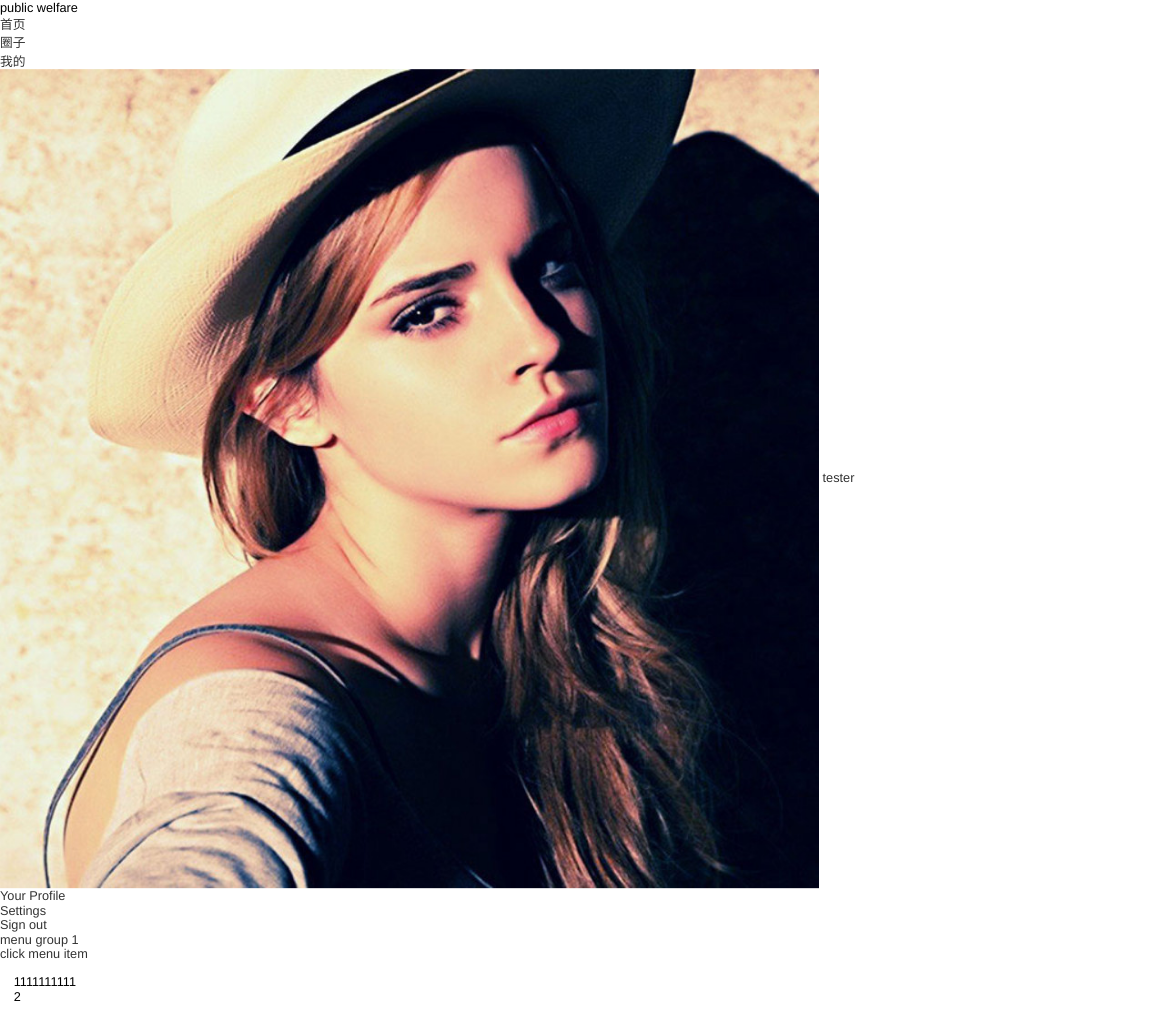
Repository: wjiawei97/FrontEndExercises
Page: 6. bigEvent/index.html
An editor plug-in stored every save of this project. The page is shown before and after the next save, followed by the edit.
The browser window is 1280 px wide. The pictures show the whole page, at 91% of full size.

Above is the page before, as saved 2021-08-12 09:28:07.

### 6. bigEvent/index.html
<!DOCTYPE html>
<html lang="en">

<head>
    <meta charset="UTF-8">
    <meta http-equiv="X-UA-Compatible" content="IE=edge">
    <meta name="viewport" content="width=device-width, initial-scale=1.0">
    <title>Document</title>
    <link rel="stylesheet" href="./assets/css/common.css">
    <style>
        /* 移动端 */
        @media screen and (max-width: 768px) {

            .pb-layout-admin .pb-layout-left,
            .pb-layout-admin .pb-body,
            .pb-layout-admin .pb-footer {
                left: 0;
            }

            .pb-layout-admin .pb-side {
                left: -300px;
            }
        }
    </style>
</head>

<body>
    <div class="pb-layout pb-layout-admin">
        <!-- 网页顶部区域 -->
        <div class="pb-header">
            <div class="pb-logo pb-hide-xs pb-bg-black">public welfare</div>
            <!-- 头部水平导航栏区域 -->
            <ul class="pb-nav pb-layout-left">
                <!-- 在移动端显示 -->
                <li class="pb-nav-item pb-show-xs-inline-block pb-hide-sm">
                    <i class="pb-icon pb-icon-spread-left"></i>
                </li>
                <li class="pb-nav-item pb-hide-xs"><a href="">首页</a></li>
                <li class="pb-nav-item pb-hide-xs"><a href="">圈子</a></li>
                <li class="pb-nav-item pb-hide-xs"><a href="">我的</a></li>
            </ul>
            <ul class="pb-nav pb-layout-right">
                <li class="pb-nav-item pb-hide pb-show-md-inline-block">
                    <a href="javascript:;">
                        <img src="./assets/images/sample.jpg" class="pb-nav-img">
                        tester
                        <i class="pb-icon pb-icon-down pb-nav-more"></i>
                    </a>
                    <dl class="pb-nav-child">
                        <dd><a href="">Your Profile</a></dd>
                        <dd><a href="">Settings</a></dd>
                        <dd><a href="">Sign out</a></dd>
                    </dl>
                </li>
            </ul>
        </div>

        <!-- 左侧侧边栏区域 -->
        <div class="pb-side pb-bg-black">
            <div class="pb-side-scroll">
                <ul class="pb-nav pb-nav-tree">
                    <li class="pb-nav-item pb-nav-itemed">
                        <a class="" href="javascript:;">menu group 1
                            <i class="pb-icon pb-icon-down pb-nav-more"></i>
                        </a>
                        <dl class="pb-nav-child" style="display: none;">
                            <dd><a href="javascript:;">menu 1</a></dd>
                            <dd><a href="javascript:;">menu 2</a></dd>
                            <dd><a href="javascript:;">menu 3</a></dd>
                            <dd><a href="">the links</a></dd>
                        </dl>
                    </li>

                    <li class="pb-nav-item"><a href="javascript:;">click menu item</a></li>
                </ul>
            </div>
        </div>

        <!-- 内容主体区域 -->
        <div class="pb-body">
            <div style="padding: 15px;">
            <ul class="myul">
                <li>1111111111</li>
                <li>2</li>
            </ul>
        </div>
        </div>
    </div>

    <script src="./assets/js/common.js"></script>
</body>

</html>

### 6. bigEvent/assets/css/common.css
img {
  display: inline-block;
  vertical-align: middle;
}
h1,
h2,
h3,
h4,
h5,
h6 {
  font-weight: 400;
}
blockquote,
body,
button,
dd,
div,
dl,
dt,
form,
h1,
h2,
h3,
h4,
h5,
h6,
input,
li,
ol,
p,
pre,
td,
textarea,
th,
ul {
  margin: 0;
  padding: 0;
  -webkit-tap-highlight-color: rgba(0, 0, 0, 0);
}
a:active,
a:hover {
  outline: 0;
}
img {
  border: none;
}
li {
  list-style: none;
}
table {
  border-collapse: collapse;
  border-spacing: 0;
}
h4,
h5,
h6 {
  font-size: 100%;
}
button,
input,
optgroup,
option,
select,
textarea {
  font-family: inherit;
  font-size: inherit;
  font-style: inherit;
  font-weight: inherit;
  outline: 0;
}
pre {
  white-space: pre-wrap;
  white-space: -moz-pre-wrap;
  white-space: -pre-wrap;
  white-space: -o-pre-wrap;
  word-wrap: break-word;
}
body {
  line-height: 24px;
  font: 14px Helvetica Neue, Helvetica, PingFang SC, Tahoma, Arial, sans-serif;
}
hr {
  height: 1px;
  margin: 10px 0;
  border: 0;
  clear: both;
}
a {
  color: #333;
  text-decoration: none;
}
a:hover {
  color: #777;
}
a cite {
  font-style: normal;
  *cursor: pointer;
}

@media screen and (max-width: 768px) {

}
@media screen and (min-width: 768px) {

}

### 6. bigEvent/assets/js/common.js
//顶部个人信息菜单栏的显示与隐藏
var personal_info = document.querySelector('.pb-layout-right>li');
var personal_items=document.querySelector('.pb-layout-right .pb-nav-child');
personal_info.addEventListener('mouseenter',function(e){
    //移入显示具体信息
    personal_items.style.display='block'
})
personal_info.addEventListener('mouseleave',function(e){
    //移除则不显示具体信息
    personal_items.style.display='none'
})


//左侧侧边栏的显示与隐藏
//移除pb-nav-itemed类
var nav_tree=document.querySelector('.pb-nav-tree');
nav_tree.addEventListener('click',function(e){
    console.log(e);
})

After the next save:
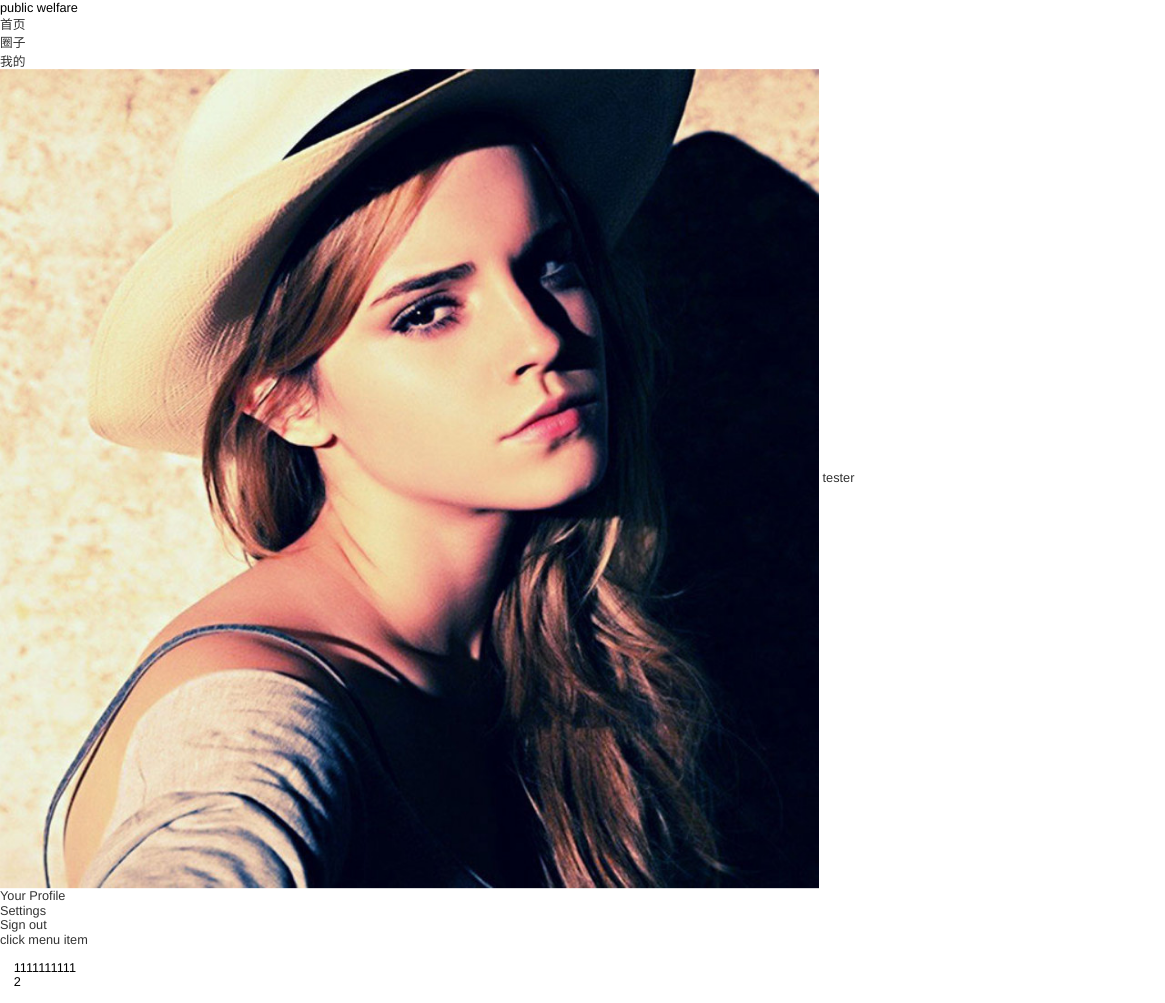
Saved 66 s later.
--- a/6. bigEvent/index.html
+++ b/6. bigEvent/index.html
@@ -60,9 +60,9 @@
             <div class="pb-side-scroll">
                 <ul class="pb-nav pb-nav-tree">
                     <li class="pb-nav-item pb-nav-itemed">
-                        <a class="" href="javascript:;">menu group 1
+                        <!-- <a class="" href="javascript:;">menu group 1
                             <i class="pb-icon pb-icon-down pb-nav-more"></i>
-                        </a>
+                        </a> -->
                         <dl class="pb-nav-child" style="display: none;">
                             <dd><a href="javascript:;">menu 1</a></dd>
                             <dd><a href="javascript:;">menu 2</a></dd>
